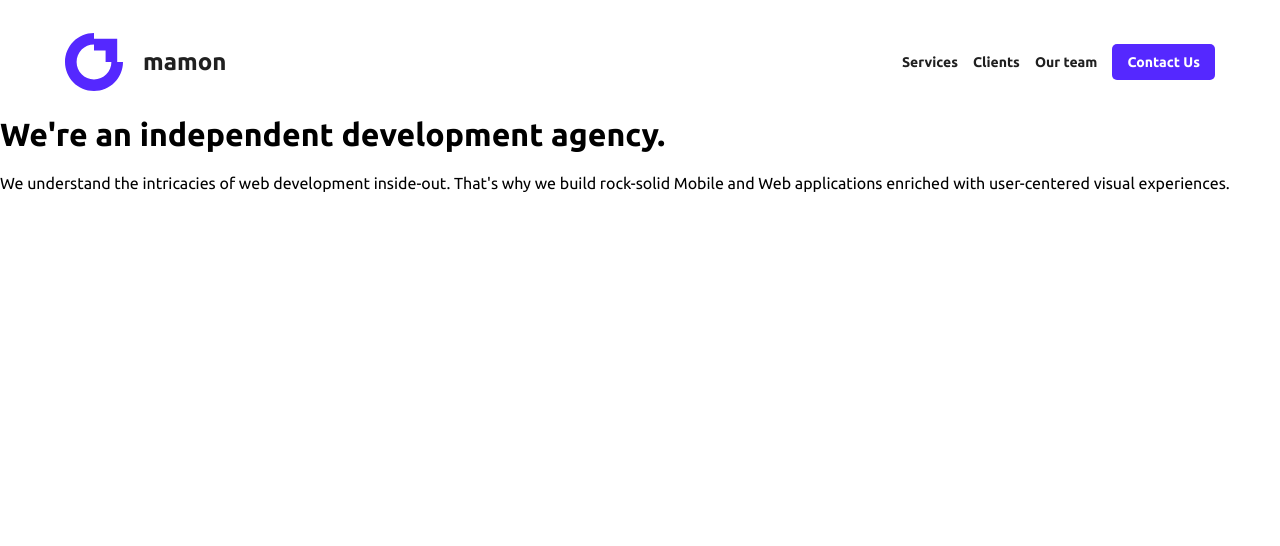
Repository: Vitalii23081984/testHGC
Page: index.html
An editor plug-in stored every save of this project. The page is shown before and after the next save, followed by the edit.
The browser window is 1280 px wide. The pictures show the whole page.

Above is the page before, as saved 2022-11-20 11:05:21.

### index.html
<!DOCTYPE html>
<html lang="en">
<head>
    <meta charset="UTF-8">
    <meta http-equiv="X-UA-Compatible" content="IE=edge">
    <meta name="viewport" content="width=device-width, initial-scale=1.0">
    <title>Mamon</title>
    <link href="https://fonts.googleapis.com/css2?family=Ubuntu:wght@300;400;700&display=swap" rel="stylesheet">
    <link rel="stylesheet" href="https://cdnjs.cloudflare.com/ajax/libs/normalize/8.0.1/normalize.css">
    <link rel="stylesheet" href="css/style.css">
</head>
<body>
    <header>
        <div class="header">
            <a href="" class="logo">
                <span class="logo_img"></span>
                <span class="logo_text">mamon</span></a>
            <nav>
                <ul class="nav">
                    <li><a href="">Services</a></li>
                    <li><a href="">Clients</a></li>
                    <li><a href="">Our team</a></li>
                    <li><button class="nav_btn" type="button">Contact Us</button></li>
                </ul>
            </nav>
        </div>

    </header>
    <div class="page">
        <div class="wrap">
            <h1>We're an independent development agency.</h1>
            <p>We understand the intricacies of web development inside-out. That's why we build rock-solid Mobile and Web applications enriched with user-centered visual experiences.</p>
        </div>
    </div>

</body>
</html>

### css/style.css
body {
    font-family: 'Ubuntu', sans-serif;

}
.header {
    width: 100%;
    max-width: 1180px;
    margin: 0 auto;
    padding-left: 15px;
    padding-right: 15px;
    padding-top: 30px;
    display: flex;
    justify-content: space-between;
    align-items: center;
    box-sizing: border-box;
    font-weight: 700;
}
.nav {
    list-style-type: none;
    display: flex;
    justify-content: flex-start;
    align-items: center;
    font-size: 14px;

}
.nav>li {
    margin-left: 15px;
}
.nav>li>a {
    text-decoration: none;
    color: #202020;
}
.nav_btn {
    background-color: #5528FF;
    border-radius: 5px;
    padding: 10px 15px;
    color: white;
    border: none;
    font-weight: 700;
}
.logo {
    display: flex;
    align-items: center;
    text-decoration: none;
}
.logo_img {
    display: block;
    width: 58px;
    height: 58px;
    background-image: url(../img/logo.svg);
    margin-right: 20px;
}
.logo_text {
    font-size: 24px;
    color: #202020;

}

After the next save:
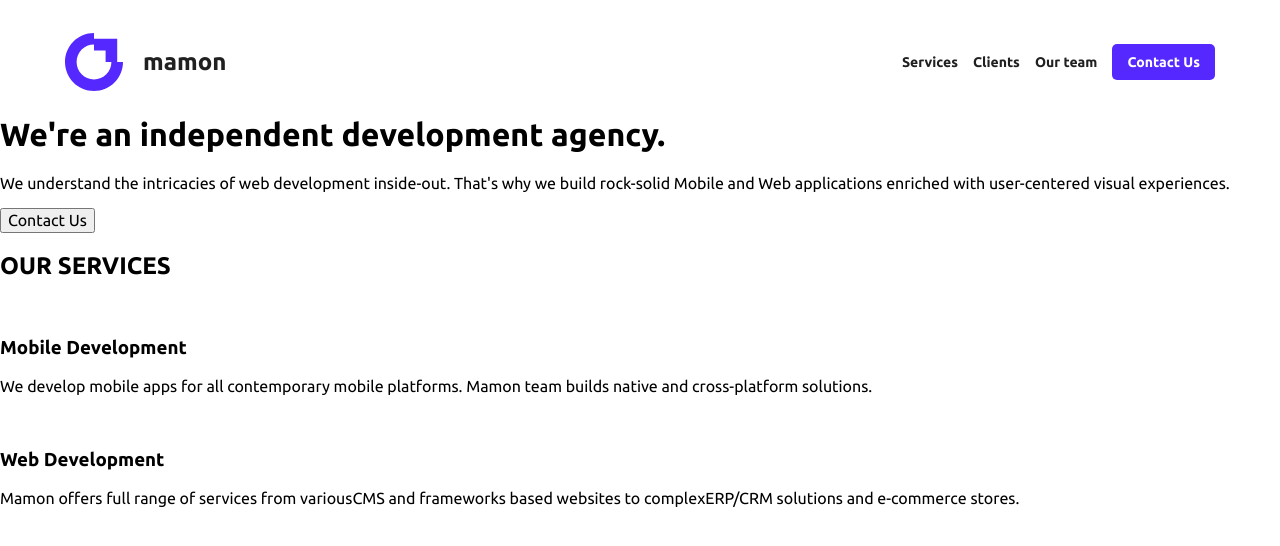
Saved 15 min 22 s later.
--- a/index.html
+++ b/index.html
@@ -30,7 +30,31 @@
         <div class="wrap">
             <h1>We're an independent development agency.</h1>
             <p>We understand the intricacies of web development inside-out. That's why we build rock-solid Mobile and Web applications enriched with user-centered visual experiences.</p>
+            <button type="button">Contact Us</button>
         </div>
+    </div>
+    <div class="page">
+        <div class="wrap">
+            <h2>OUR SERVICES</h2>
+            <div class="services">
+                <div class="service-item">
+                    <img src="" alt="">
+                    <div>
+                        <h3>Mobile Development</h3>
+                        <p>We develop mobile apps for all contemporary mobile platforms. Mamon team builds native and cross-platform solutions.</p>
+                    </div>
+                </div>
+                <div class="service-item">
+                    <img src="" alt="">
+                    <div>
+                        <h3>Web Development</h3>
+                        <p>Mamon offers full range of services from variousCMS and frameworks based websites to complexERP/CRM solutions and e-commerce stores.</p>
+                    </div>
+                </div>
+
+            </div>
+        </div>
+
     </div>
 
 </body>
